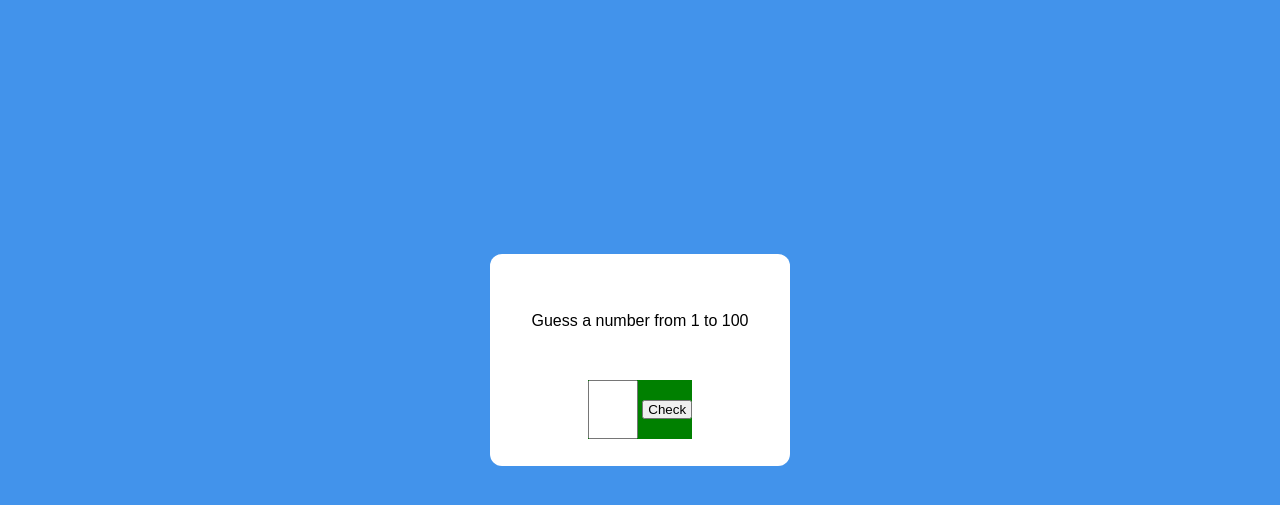
Repository: Ankitkr2021/Guess_Game
Page: index.html
The author's editor kept a copy of each file at every save. The page is drawn from the files as they stood at one save, then again after the next save.
The browser window is 1280 px wide. The pictures show the whole page.

Above is the page before, as saved 2025-09-30 17:42:14.

After the next save:
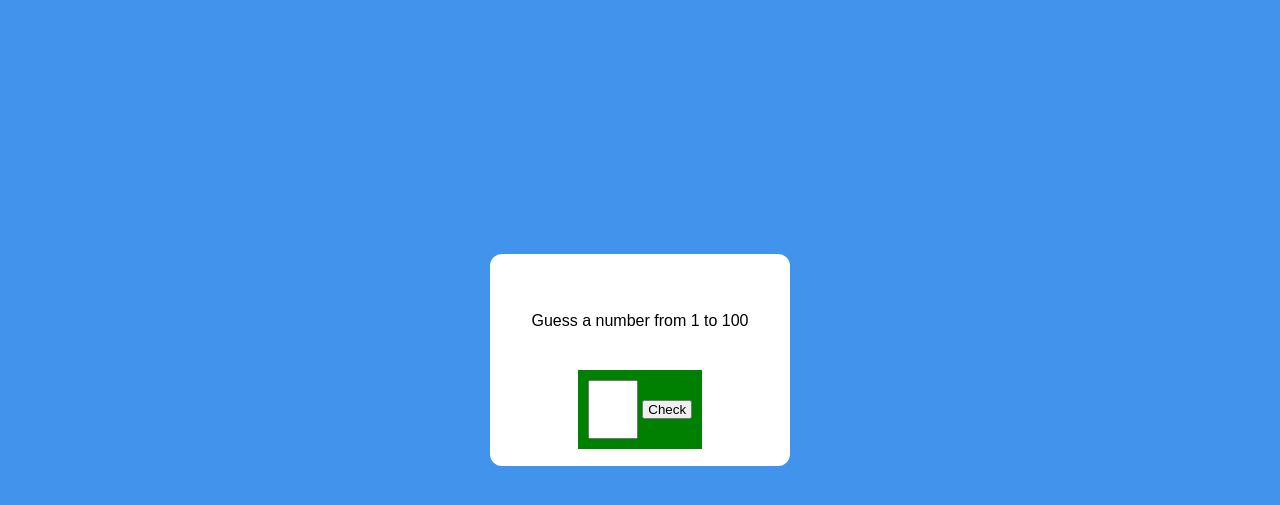
Saved 5 s later.
--- a/style.css
+++ b/style.css
@@ -34,7 +34,7 @@ p{
 
 .same-line {
     background: green;
-    margin: 10px;
+    padding: 10px;
 }
 
 input{
